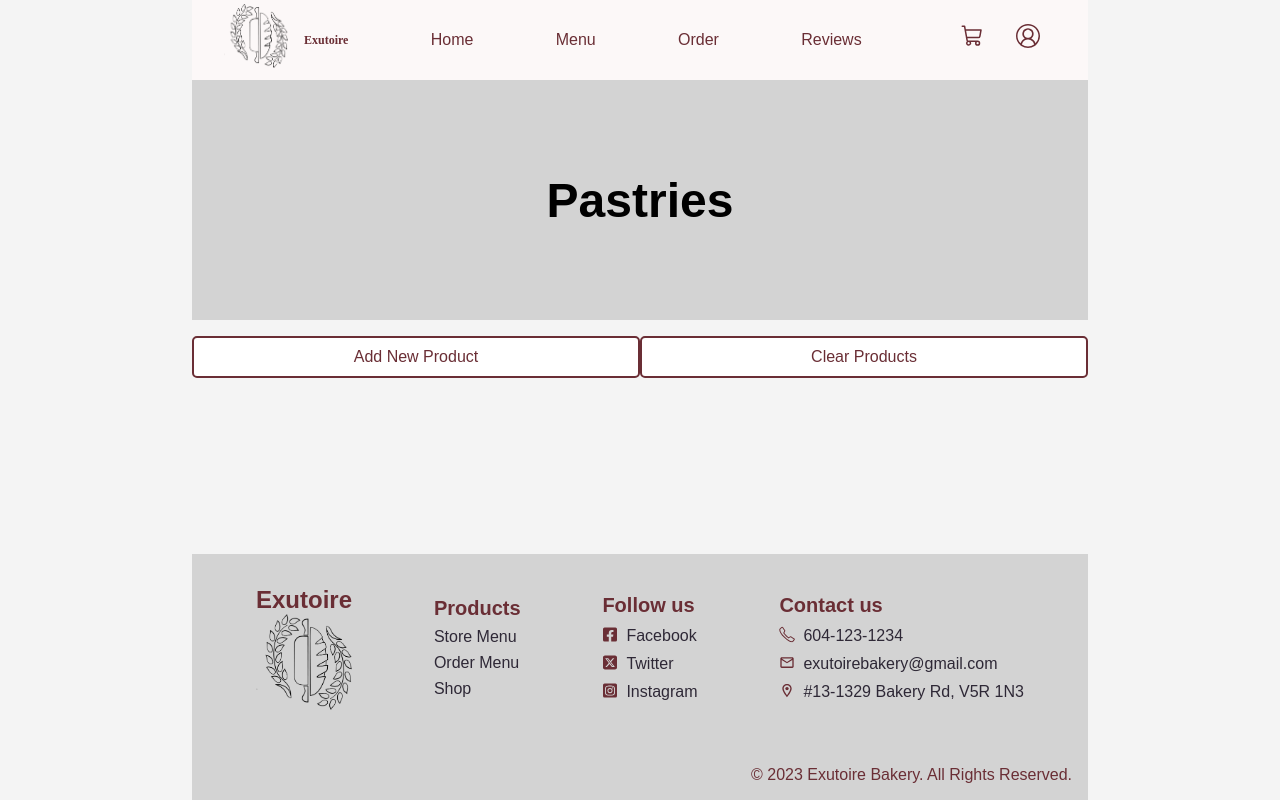
Repository: MelissaJacobi/COMP3170-final-proj
Page: /menu/pastries
The author's editor kept a copy of each file at every save. The page is drawn from the files as they stood at one save, then again after the next save.
The browser window is 1280 px wide. The pictures show the whole page.
The project was rebuilt for these pictures with package versions that can differ from the ones it lists, and the page was loaded fresh each time. Also part of the build but not shown: vite.config.js, src/pages/ShoppingCart.module.css, src/components/ShoppingCartCard.module.css, src/components/ShoppingCartCard.jsx, src/components/OrderTotal.jsx, src/pages/ShoppingCart.jsx, src/pages/Profile.module.css, src/pages/Profile.jsx and 37 more.

Above is the page before, as saved 2024-11-11 11:08:07.

After the next save:
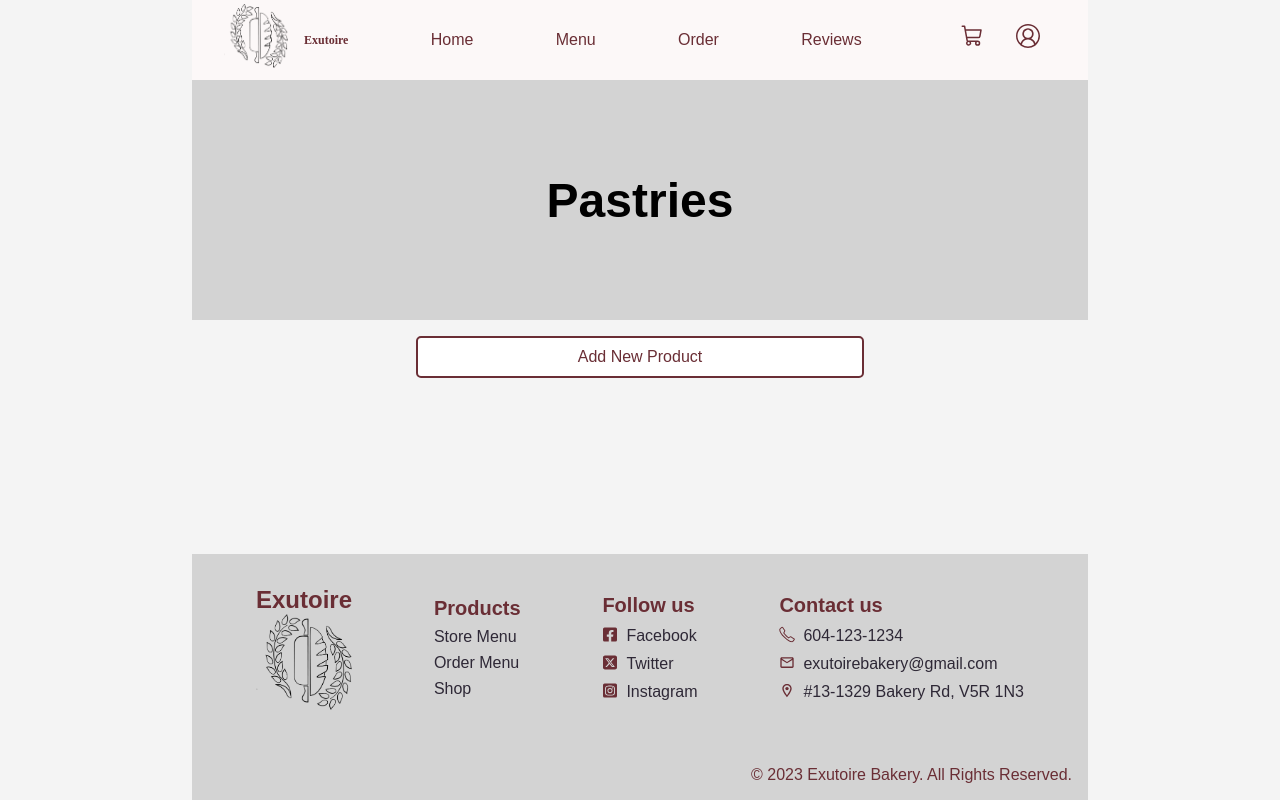
Saved 43 s later.
--- a/src/pages/Pastries.jsx
+++ b/src/pages/Pastries.jsx
@@ -43,11 +43,6 @@ export default function Pastries() {
     setShowForm((prevShowForm) => !prevShowForm);
   };
 
-  const clearProducts = () => {
-    localStorage.removeItem("pastriesProducts");
-    setProducts([]); // Clear the products in the component state
-  };
-
   return (
     <div className={styles.container}>
       <div className={styles.banner}>
@@ -91,10 +86,6 @@ export default function Pastries() {
         </form>
       )}
 
-    <button onClick={clearProducts} className={styles.toggleFormButton}>
-      Clear Products
-    </button>
-
       <div className={styles.products}>
         {products.map((product, index) => (
           <Product
